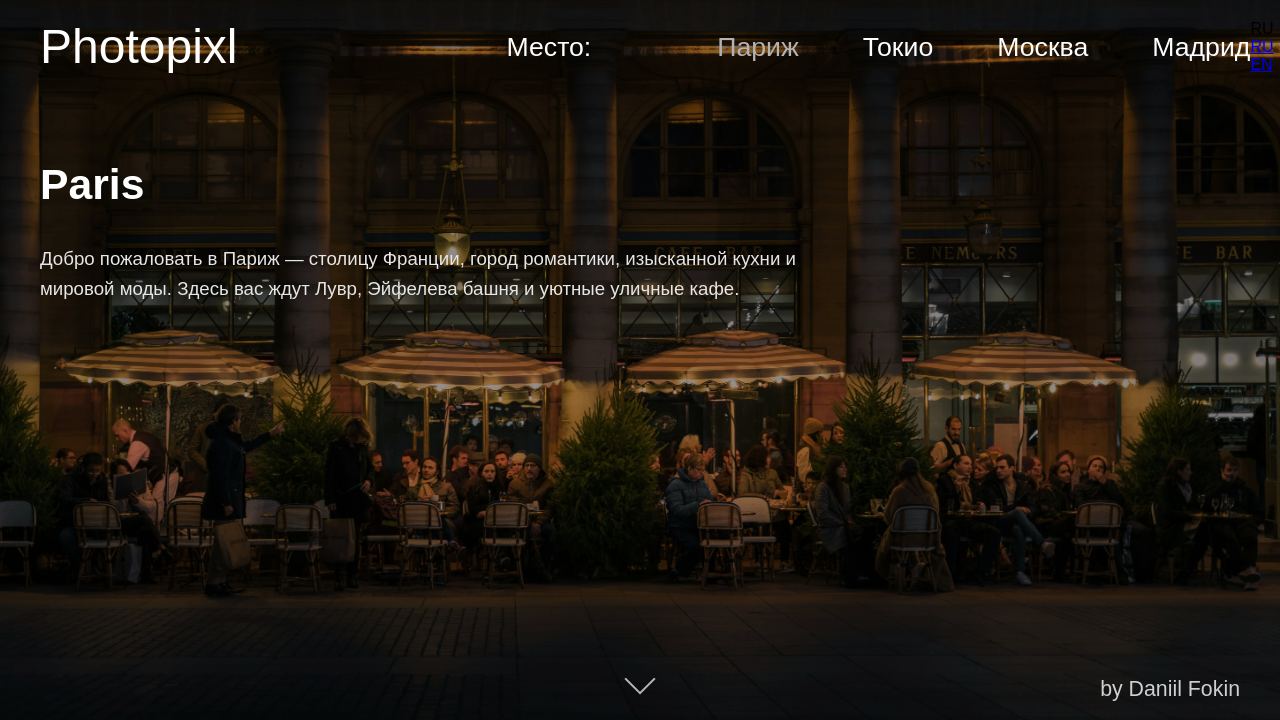
Repository: git-daniil/place-site
Page: index.html
These files come from the project's save history. The page is drawn as it stood at one moment and after the next save; the edit follows.
The browser window is 1280 px wide. The pictures show the whole page.
Some web fonts or font styles are not loaded; a fallback is used.

Above is the page before, as saved 2026-05-20 14:29:37.

After the next save:
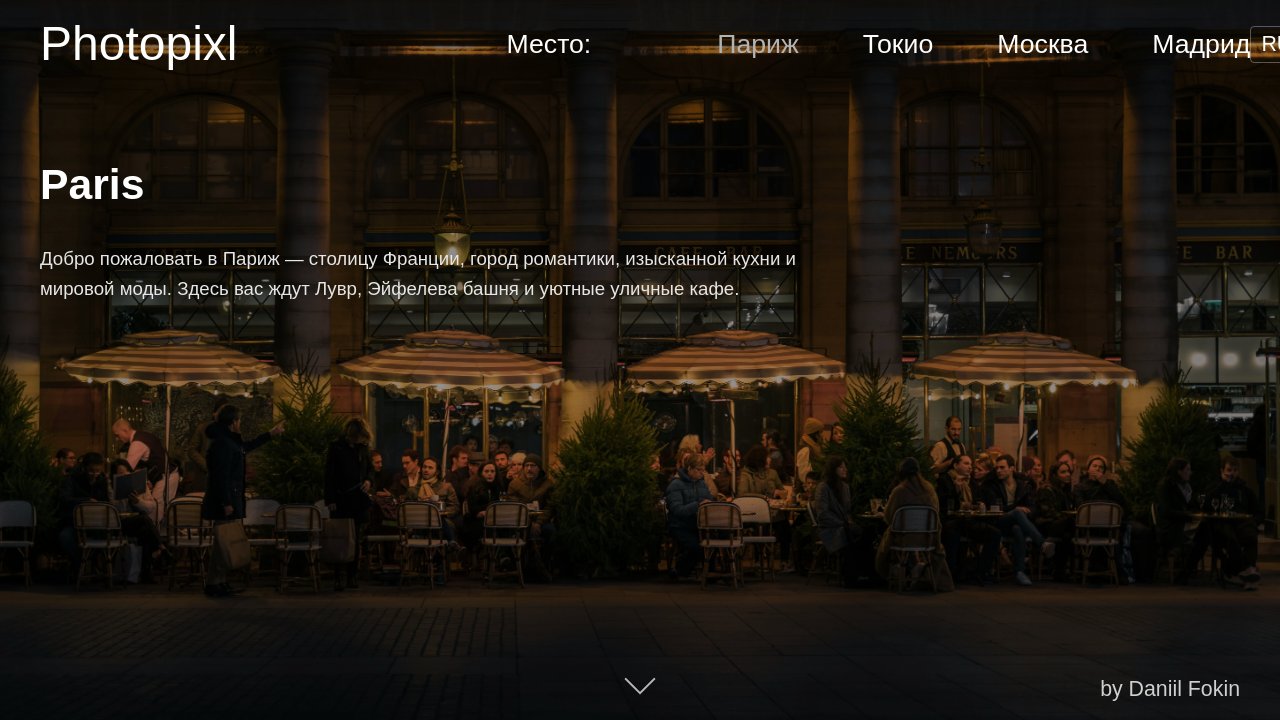
Saved 10 s later.
--- a/style.css
+++ b/style.css
@@ -164,6 +164,72 @@ body.paris-page .city-link.active {
 
 .city-link:not(:last-child) {
     margin-right: 64px;
+}
+
+.lang-selector {
+    position: relative;
+    margin-left: auto;
+    cursor: pointer;
+    user-select: none;
+}
+
+.lang-current {
+    font-family: 'Seenonim', sans-serif;
+    font-size: 16pt;
+    color: #ffffff;
+    padding: 5px 10px;
+    border: 1px solid rgba(255, 255, 255, 0.3);
+    border-radius: 4px;
+    transition: background-color 0.3s ease, border-color 0.3s ease;
+}
+
+.lang-selector:hover .lang-current {
+    background-color: rgba(255, 255, 255, 0.1);
+    border-color: rgba(255, 255, 255, 0.6);
+}
+
+.lang-dropdown {
+    position: absolute;
+    top: calc(100% + 8px);
+    right: 0;
+    background-color: #111111;
+    border: 1px solid rgba(255, 255, 255, 0.15);
+    border-radius: 4px;
+    min-width: 60px;
+    display: flex;
+    flex-direction: column;
+    opacity: 0;
+    visibility: hidden;
+    transform: translateY(-10px);
+    transition: opacity 0.3s ease, transform 0.3s ease, visibility 0.3s ease;
+    box-shadow: 0 4px 12px rgba(0, 0, 0, 0.5);
+    overflow: hidden;
+}
+
+.lang-selector.open .lang-dropdown {
+    opacity: 1;
+    visibility: visible;
+    transform: translateY(0);
+}
+
+.lang-option {
+    font-family: 'Seenonim', sans-serif;
+    font-size: 14pt;
+    color: rgba(255, 255, 255, 0.6);
+    text-decoration: none;
+    padding: 8px 12px;
+    text-align: center;
+    transition: background-color 0.2s ease, color 0.2s ease;
+}
+
+.lang-option:hover {
+    background-color: rgba(255, 255, 255, 0.08);
+    color: #ffffff;
+}
+
+.lang-option.active {
+    color: #ffffff;
+    background-color: rgba(255, 255, 255, 0.05);
 }
 
 .author-label {
